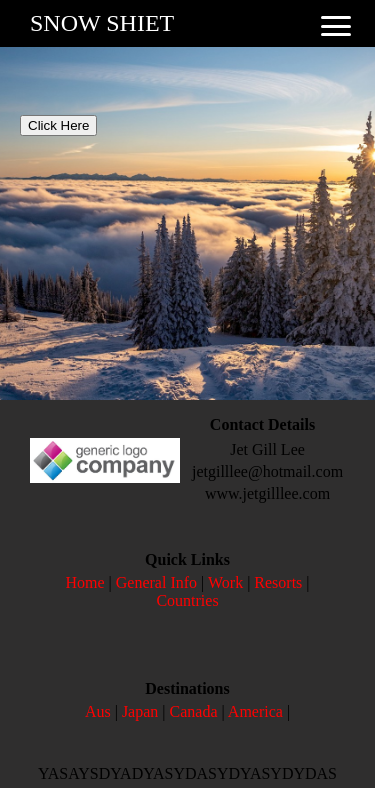
Repository: Jet-Gill-Lee/SnowSite
Page: index.html
An editor plug-in stored every save of this project. The page is shown before and after the next save, followed by the edit.
The browser window is 375 px wide. The pictures show the whole page.

Above is the page before, as saved 2021-07-24 18:24:54.

### index.html

<!DOCTYPE html>
<html lang="en">
<head>
  <meta charset="UTF-8">
  <meta http-equiv="X-UA-Compatible" content="IE=edge">
  <meta name="viewport" content="width=a, initial-scale=1.0">
  <title>Document</title>
  <link rel="stylesheet" href="./css/stylesheet.css">
  <script src='navbar.js' defer></script>
</head>
<body>
  <section class='hero'>
    <div class="navbar">
      <div class="brand-title"><a href='index.html'>SNOW SHIET</a></div>
        <a href='#' class='toggle-button'>
        <span class="bar"></span>
        <span class="bar"></span>
        <span class="bar"></span></a>
      <div class="navbar-links">
        <ul>
          <li><a href="general-info.html">ABOUT</a></li>
          <li><a href="work-overview.html">WORK</a></li>
          <li><a href="resorts-overview.html">RESORTS</a></li>
        </ul>
      </div>
    </div>
    <div class="hero-content">
      <button id='button'>Click Here</button>
      <div class="hero-flex-item hero-text">
        TAGLINE <br>
        <span>LMAO BRODIE YOU ARE A BITCH </span>
      </div>
    </div>
</section>
<div class="footer">
  <div class='footer-flex-container'>
    <div class="footer-flex-item contact">
      <img src="./image/generic-logo.jpg" alt="" srcset="" style='width:50%'>
      <div class="text-wrapper">
      <h4>Contact Details</h3>
      <p>Jet Gill Lee</p>
      <p>jetgilllee@hotmail.com
      </p>
      <p>www.jetgilllee.com</p>
      </div>
    </div>
    <div class="footer-flex-item flex-gen-links">
      <div class='link-wrapper'>
        <h4>Quick Links</h4>
      <a href="index.html">Home</a> <span> | </span>
      <a href="general-info.html">General Info</a><span> | </span>
      <a href="work-overview.html">Work</a><span> | </span>
      <a href="resorts-overview.html">Resorts</a><span> | </span>
      <a href="country-splash.html">Countries</a>
      </div>
    </div>
    <div class="footer-flex-item flex-links">
      <div class="link-wrapper">
          <h4>Destinations</h4>
        <a href="country.html">Aus</a> <span> | </span>
        <a href="country.html">Japan</a> <span> | </span>
        <a href="country.html">Canada</a> <span> | </span>
        <a href="country.html">America</a> <span> | </span>
      </div>
    </div>
  </div>
  <div class="copyright">YASAYSDYADYASYDASYDYASYDYDAS</div>
</div>
</body>
</html>
<body>

### css/stylesheet.css
body {
  margin:0;
  padding:0;
}
* {
  box-sizing: border-box;
}
.hero {
  background: url('../image/background-desktop.jpg');
  background-repeat: no-repeat;
  background-size: cover;
  background-position: 50% 0;
  height: 100vh;
}
.navbar {
  display: flex;
  background-color: rgba(0, 0, 0);
  justify-content: space-around;
  align-items: center;
  box-sizing: unset;
}
.brand-title {
  font-size: 1.5rem;
  height: 100%;
}
.brand-title a{
  color: white;
  text-decoration: none;
  padding: 10px;
  display:block;
}
.navbar-links {
  height: 100%;
  align-items: center;
  justify-content: space-around;
}
.navbar-links ul{
  display: flex;
  list-style: none;
  padding: 0;
}
.navbar-links li a {
  padding: 0.5rem 1.5rem;
  text-decoration: none;
  display:block;
  color:white;
}
.navbar-links ul li a:hover {
  background-color: rgba(255, 255, 255, 0.178);
}

.toggle-button {
  display: none;
  flex-direction: column;
  justify-content: space-between;
  width: 30px;
  height: 20px;
  position: absolute;
  top: 1rem;
  right: 1.5rem;
}
.toggle-button .bar {
  width: 100%;
  height: 3px;
  background-color: white;
  border-radius: 10px;
}
.hero-content {
  margin-left: 20%;
  padding-top: 12vh;
}
.hero-text {
  width:45%;
  font-size: 3rem;
  display:none;
}
.footer-flex-container {
  display: flex;
  flex-wrap: wrap;
  justify-content: space-around;
}
.footer {
  background-color: rgba(14, 13, 13, 0.863);
}
.footer-flex-item {
  min-width: 300px;
  width: 33.3%;
  display:flex;
  align-items: center;
  justify-content: center;
  min-height: 120px;
  text-align: center;
}

.footer-flex-item a{
  text-decoration: none;
  color:red;
}
.footer-flex-item a:visited{
  text-decoration: none;
  color: red;
}
.footer-flex-item p {
  padding: 2px;
  margin-bottom: 0;
  margin-top: 0;
  margin-left: 10px;
}
.footer-flex-item h4 {
  margin-top: 0;
  margin-bottom: 5px;
}
.copyright {
  text-align: center;
  width: 100%;
  padding: 5px;

}

@media (max-width: 600px) {
  .hero {
    height: 70vh;
  }
  .navbar-links {
    display:none;
    width: 100%;
  }
  .toggle-button {
    display: flex;
  }
  .hero-content {
    padding-top: 6vh;
  }
  .hero-text {
    position: absolute;
    top: 100px;
    z-index: 1;
  }
  .brand-title {
    padding-left: 20px;
  }
  .navbar {
    flex-direction: column;
    align-items: flex-start;
  }
  .navbar-links ul {
    flex-direction: column;
    align-items: center;
    width: 100%;
  }
  .navbar-links ul li {
    width: 100%;
    text-align: center;
  }
  .navbar-links.active {
    display: flex;
    z-index: 10;
  }
}
@media (max-width: 400px) {
 .hero {
   height: 50vh;
 }
 .hero-content {
   margin: 20px;
 }
 .hero-text {
   padding-top: 10px;
   top: 50px;
   width: 80%;
   word-wrap: break-word;
 }
}

### navbar.js
const toggleButton = document.getElementsByClassName('toggle-button')[0];
const navBarLinks = document.getElementsByClassName('navbar-links')[0];

toggleButton.addEventListener('click', () => {
  navBarLinks.classList.toggle('active')
});

After the next save:
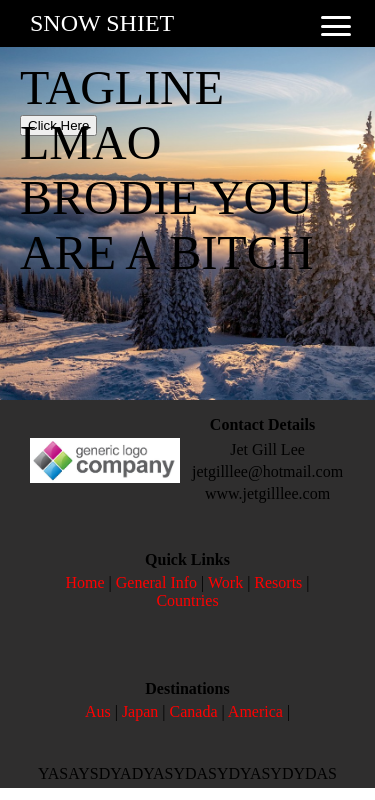
Saved 56 s later.
--- a/css/stylesheet.css
+++ b/css/stylesheet.css
@@ -72,7 +72,7 @@ body {
 .hero-text {
   width:45%;
   font-size: 3rem;
-  display:none;
+  /* display:none; */
 }
 .footer-flex-container {
   display: flex;
@@ -156,6 +156,9 @@ body {
     display: flex;
     z-index: 10;
   }
+  .hero-text.active {
+    display:
+  }
 }
 @media (max-width: 400px) {
  .hero {
